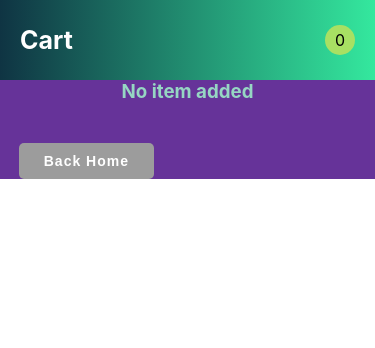
Repository: Yowani24/ecocarbon
Page: /cart
The author's editor kept a copy of each file at every save. The page is drawn from the files as they stood at one save, then again after the next save.
The browser window is 375 px wide. The pictures show the whole page.
The project was rebuilt for these pictures with package versions that can differ from the ones it lists, and the page was loaded fresh each time. The framework's server and built-in components were replaced by stand-ins that run in the browser. Also part of the build but not shown: next.config.js.

Above is the page before, as saved 2021-09-28 04:01:29.

After the next save:
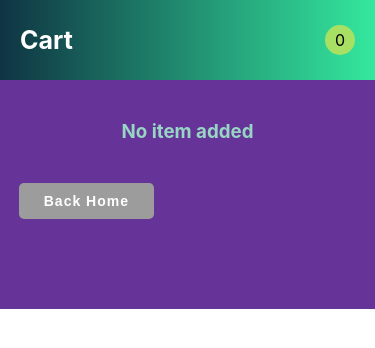
Saved 28 s later.
--- a/pages/cart/Cart.module.css
+++ b/pages/cart/Cart.module.css
@@ -135,6 +135,7 @@
 @media (max-width: 415px){
     .cart_content{
         background: rebeccapurple;
+        padding: 40px 0;
     }
     .boxes{
         margin-top: 0px;
